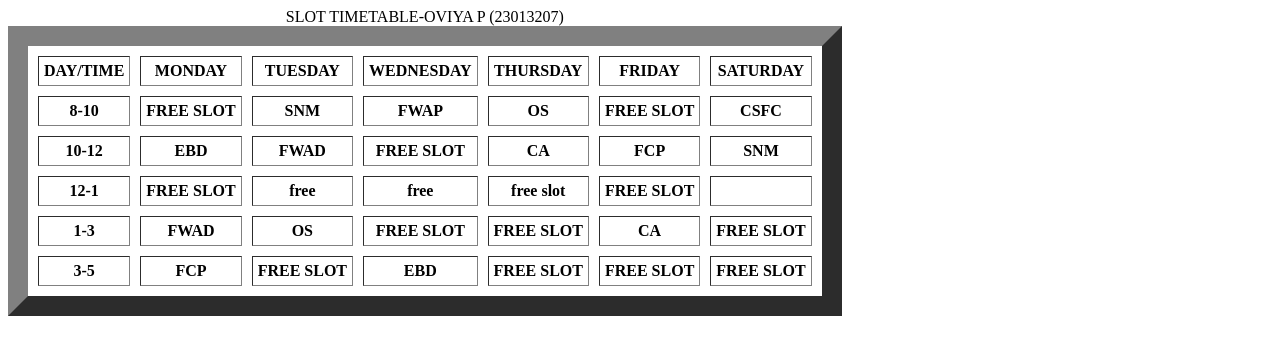
Repository: Oviya24032K6/slot
Page: oviya/static/time.html
These files come from the project's save history. The page is drawn as it stood at one moment and after the next save; the edit follows.
The browser window is 1280 px wide. The pictures show the whole page.

Above is the page before, as saved 2024-03-13 15:13:00.

### oviya/static/time.html
<html>
    <head>
        <title>SLOT TIMETABLE-OVIYA P (23013207)</title>
    </head>
    <body bgcolor="white" align="center" >
    <table align="left" border="20" cellspacing="10" cellpadding="5">
    <caption>SLOT TIMETABLE-OVIYA P (23013207)</caption>
        <tr>
            <th>DAY/TIME</th>
            <th>MONDAY</th>
            <th>TUESDAY</th>
            <th>WEDNESDAY</th>
            <th>THURSDAY</th>
            <th>FRIDAY</th>
            <th>SATURDAY</th>
        </tr>
        <tr>
            <th>8-10</th>
            <th>FREE SLOT</th>
            <th>SNM</th>
            <th>FWAP</th>
            <th>OS</th>
            <th>FREE SLOT</th>
            <th>CSFC</th>
        </tr>
        <tr>
            <th>10-12</th>
            <th>EBD</th>
            <th>FWAD</th>
            <th>FREE SLOT</th>
            <th>CA</th>
            <th>FCP</th>
            <th>SNM</th>
        </tr>
        <tr>
            <th>12-1</th>
            <th>FREE SLOT</th>
            <th>free</th>
            <th>free</th>
            <th>free slot</th>
            <th>FREE SLOT</th>
            <th></th>

        </tr>
        <tr>
            <th>1-3</th>
            <th>FWAD</th>
            <th>OS</th>
            <th>FREE SLOT</th>
            <th>FREE SLOT</th>
            <th>CA</th>
            <th>FREE SLOT</th>
        </tr>
        <tr>
            <th>3-5</th>
            <th>FCP</th>
            <th>FREE SLOT</th>
            <th>EBD</th>
            <th>FREE SLOT</th>
            <th>FREE SLOT</th>
            <th>FREE SLOT</th>
        </tr>
</html>
</html>

After the next save:
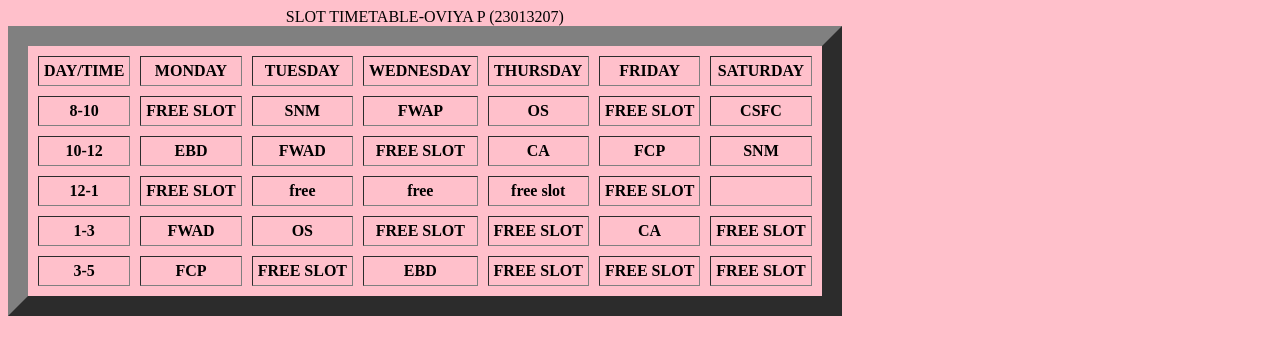
Saved 16 s later.
--- a/oviya/static/time.html
+++ b/oviya/static/time.html
@@ -2,7 +2,7 @@
     <head>
         <title>SLOT TIMETABLE-OVIYA P (23013207)</title>
     </head>
-    <body bgcolor="white" align="center" >
+    <body bgcolor="pink" align="center" >
     <table align="left" border="20" cellspacing="10" cellpadding="5">
     <caption>SLOT TIMETABLE-OVIYA P (23013207)</caption>
         <tr>
